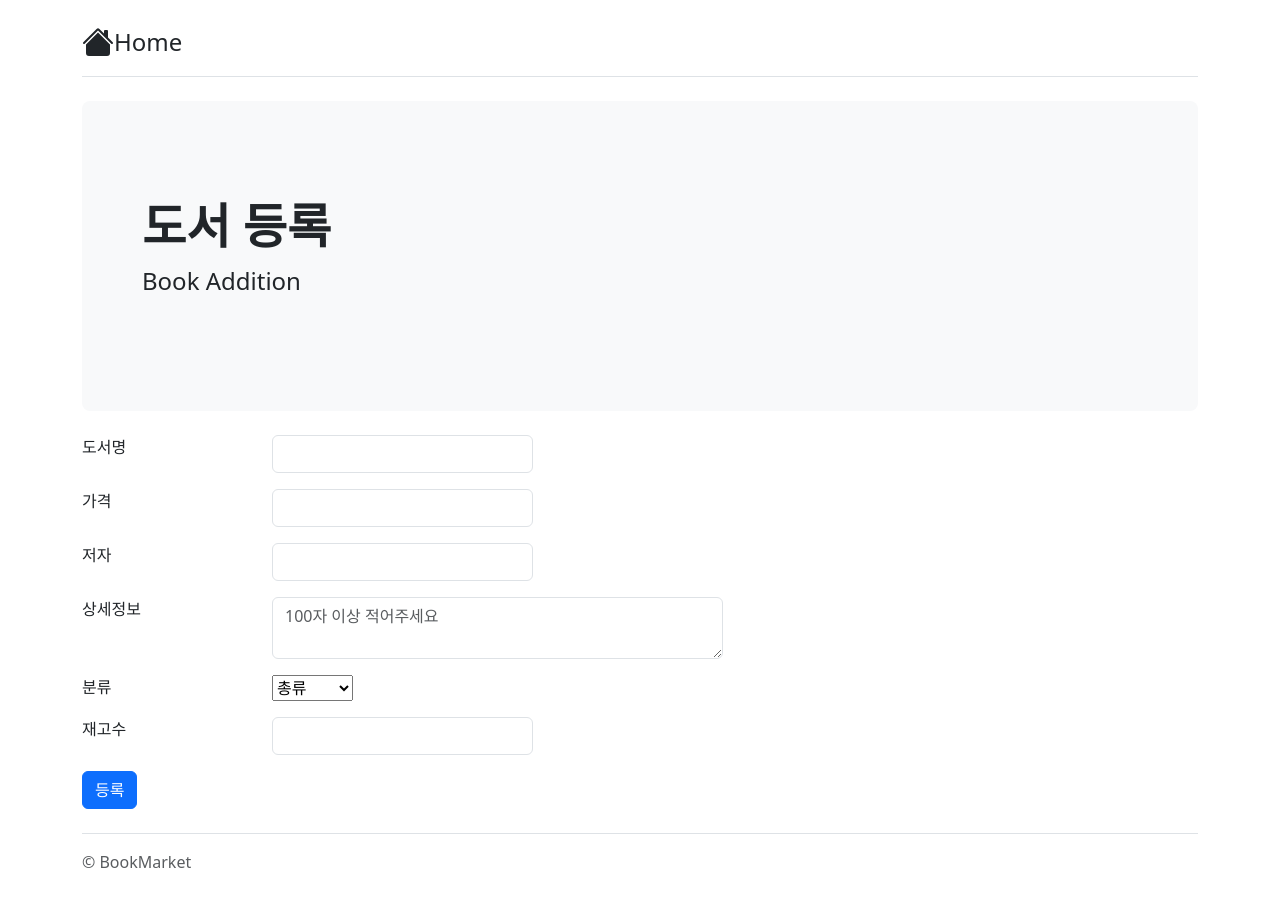
Repository: E-nani95/jsp_portfolio
Page: http://localhost/bookstore/WEB-INF/views/addBook.jsp
An editor plug-in stored every save of this project. The page is shown before and after the next save, followed by the edit.
The browser window is 1280 px wide. The pictures show the whole page.
The page is served by Tomcat 9. Nobody is signed in. Other server files are loaded and not shown. The template is opened directly, without the code that normally fills it, so the values that code supplies are empty.

Above is the page before, as saved 2025-10-10 14:38:01.

### STS_BookStore/bookstore/src/main/webapp/WEB-INF/views/addBook.jsp
<%@ page language="java" contentType="text/html; charset=EUC-KR"
	pageEncoding="EUC-KR"%>
<!DOCTYPE html>
<html>
<head>
<meta charset="EUC-KR">
<title>도서 등록</title>
<link
	href="https://cdn.jsdelivr.net/npm/bootstrap@5.3.1/dist/css/bootstrap.min.css"
	rel="stylesheet"/>
</head>
<body>
	<div class="container py-4">
		<%@ include file="menu.jsp"%>
		<div class="p-5 mb-4 bg-body-tertiary rounded-3">
			<div class="container-fluid py-5">
				<h1 class="display-5 fw-bold">도서 등록</h1>
				<p class="col-md-8 fs-4">Book Addition</p>
			</div>
		</div>
		<div class="row align-items-md-stretch">
			<form name="newBook" action="addBook_process" method="post">
				<div class="mb-3 row">
					<label class="col-sm-2">도서명</label>
					<div class="col-sm-3">
						<input type="text" name="b_name" class="form-control">
					</div>
				</div>
				<div class="mb-3 row">
					<label class="col-sm-2">가격</label>
					<div class="col-sm-3">
						<input type="text" name="b_price" class="form-control">
					</div>
				</div>
				<div class="mb-3 row">
					<label class="col-sm-2">저자</label>
					<div class="col-sm-3">
						<input type="text" name="b_author" class="form-control">
					</div>
				</div>

				<div class="mb-3 row">
					<label class="col-sm-2">상세정보</label>
					<div class="col-sm-5">
						<textarea name="b_exp" cols="50" rows="2"
							class="form-control" placeholder="100자 이상 적어주세요"></textarea>
					</div>
				</div>
				<div class="mb-3 row">
					<label class="col-sm-2">분류</label>
					<div class="col-sm-3">
						<select name="d_no">
							<option value="1">총류</option>
							<option value="2">철학</option>
							<option value="3">종교</option>
							<option value="4">사회과학</option>
							<option value="5">자연과학</option>
							<option value="6">기술과학</option>
							<option value="7">예술</option>
							<option value="8">언어</option>
							<option value="9">문학</option>
							<option value="10">역사</option>
						</select>
					</div>
				</div>
				<div class="mb-3 row">
					<label class="col-sm-2">재고수</label>
					<div class="col-sm-3">
						<input type="text" name="b_count" class="form-control">
					</div>
				</div>
				<div class="mb-3 row">
					<div class="col-sm-offset-2 col-sm-10 ">
						<input type="submit" class="btn btn-primary" value="등록">
					</div>
				</div>

				<%@ include file="footer.jsp"%>
		</div>
</body>
</html>

### STS_BookStore/bookstore/src/main/webapp/WEB-INF/views/menu.jsp
<%@ page language="java" contentType="text/html; charset=EUC-KR"
    pageEncoding="EUC-KR"%>
<!DOCTYPE html>
<html>
<head>
<meta charset="EUC-KR">
<title>Insert title here</title>
</head>
<body>
    <header class="pb-3 mb-4 border-bottom">
      <a href="./welcome" class="d-flex align-items-center text-dark text-decoration-none">
      <svg  width="32" height="32" fill="currentColor" class="bi bi-house-fill" viewBox="0 0 16 16">
  			<path d="M8.707 1.5a1 1 0 0 0-1.414 0L.646 8.146a.5.5 0 0 0 .708.708L8 2.207l6.646 6.647a.5.5 0 0 0 .708-.708L13 5.793V2.5a.5.5 0 0 0-.5-.5h-1a.5.5 0 0 0-.5.5v1.293L8.707 1.5Z"/>
  			<path d="m8 3.293 6 6V13.5a1.5 1.5 0 0 1-1.5 1.5h-9A1.5 1.5 0 0 1 2 13.5V9.293l6-6Z"/>
		</svg>
        <span class="fs-4">Home</span>
      </a>
    </header>
</body>
</html>

### STS_BookStore/bookstore/src/main/webapp/WEB-INF/views/footer.jsp
<%@ page language="java" contentType="text/html; charset=EUC-KR"
    pageEncoding="EUC-KR"%>
<!DOCTYPE html>
<html>
<head>
<meta charset="EUC-KR">
<title>Insert title here</title>
</head>
<body>
    <footer class="pt-3 mt-4 text-body-secondary border-top">
      &copy; BookMarket
    </footer>
</body>
</html>

After the next save:
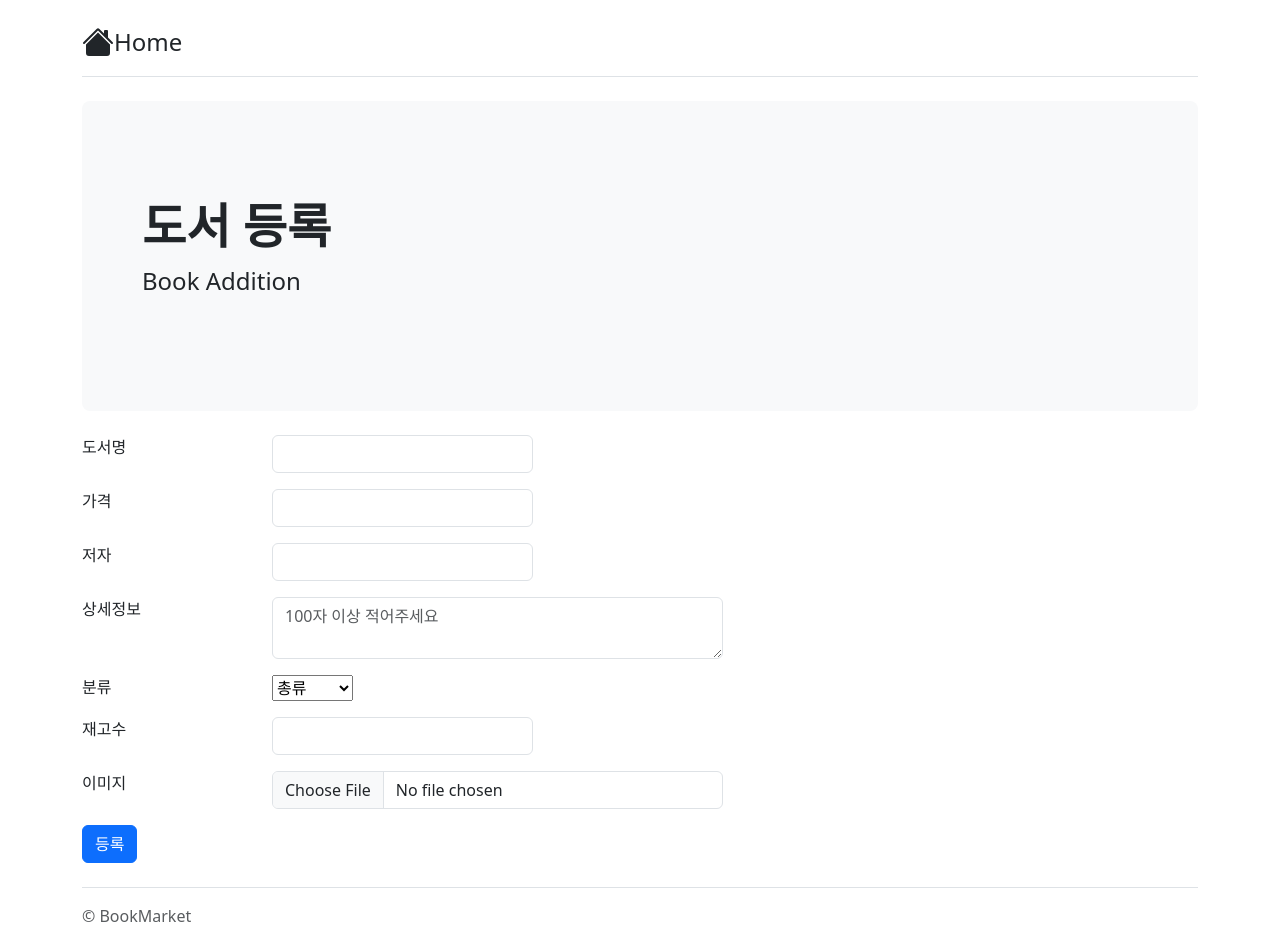
Saved 97 min 53 s later.
--- a/STS_BookStore/bookstore/src/main/webapp/WEB-INF/views/addBook.jsp
+++ b/STS_BookStore/bookstore/src/main/webapp/WEB-INF/views/addBook.jsp
@@ -70,6 +70,12 @@
 					</div>
 				</div>
 				<div class="mb-3 row">
+					<label class="col-sm-2">이미지</label>
+					<div class="col-sm-5">
+						<input type="file" name="b_img" class="form-control">
+					</div>
+				</div>
+				<div class="mb-3 row">
 					<div class="col-sm-offset-2 col-sm-10 ">
 						<input type="submit" class="btn btn-primary" value="등록">
 					</div>
